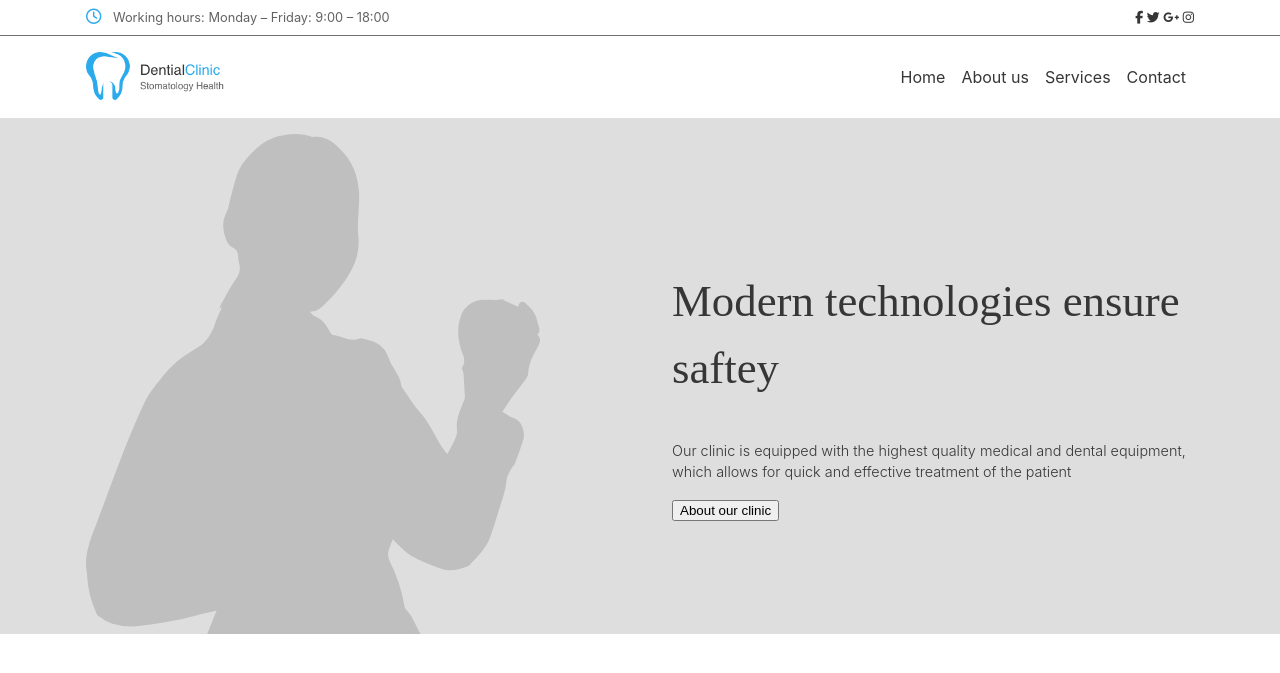
Repository: skepp4rn/uppgift1
Page: index.html
An editor plug-in stored every save of this project. The page is shown before and after the next save, followed by the edit.
The browser window is 1280 px wide. The pictures show the whole page.
Some web libraries are served in a nearby version.

Above is the page before, as saved 2020-11-18 21:00:37.

### index.html
<!DOCTYPE html>
<html lang="en">
<head>
    <meta charset="UTF-8">
    <meta name="viewport" content="width=device-width, initial-scale=1.0">
    <title>Document</title>

    <script src="https://kit.fontawesome.com/0abbda2fd3.js" crossorigin="anonymous"></script>
    <link rel="stylesheet" href="style.css">
</head>
<body>

    <nav class="navbar-top collapse">
        <div class="container">
            <div class="hours">
                <i class="far fa-clock"></i>
                Working hours: Monday – Friday: 9:00 – 18:00
            </div>
            <div class="#">
                <a href="#"><i class="fab fa-facebook-f"></i></a>
                <a href="#"><i class="fab fa-twitter"></i></a>
                <a href="#"><i class="fab fa-google-plus-g"></i></a>
                <a href="#"><i class="fab fa-instagram"></i></a>
            </div>
        </div>
    </nav>

    <nav class="navbar ">
        <div class="container">
            <a class="navbar-brand" href="#" >
                <img src="images/Logo.png" alt="">
            </a>
            <button class="navbar-toggler">
                <i class="fas fa-bars"></i>
            </button>
            <div class="collapse navbar-collapse">
                <div class="navbar-nav">
                    <a class="nav-link" href="#">Home</a>
                    <a class="nav-link" href="#">About us</a>
                    <a class="nav-link" href="#">Services</a>
                    <a class="nav-link" href="#">Contact</a>
                </div>
            </div>
        </div>
    </nav>

    <section id="showcase" class="bg-gray">
        <div class="container">
            <img src="images/placehold-girl.svg" alt="">
            <div class="content-box">
                <div class="content">
                    <h1>Modern technologies ensure saftey</h1>
                    <p>Our clinic is equipped with the highest quality medical and dental equipment, which allows for quick and effective treatment of the patient</p>
                    <button class="btn btn-green">About our clinic</button>
                </div>
            </div>
        </div>
    </section>

</body>
</html>

### style.css
* {
    box-sizing: border-box;
}

html, body {
    font-weight: 400;
    font-family: -apple-system, BlinkMacSystemFont, 'Segoe UI', Roboto, Oxygen, Ubuntu, Cantarell, 'Open Sans', 'Helvetica Neue', sans-serif;
    line-height: 1.5;
    font-size: 16px;
    margin: 0;
    padding: 0;
    color: #626262;
}

.border {
    border: 1px solid black;
}

a {
    color: #363636;
    text-decoration: none;
    background-color: transparent;
}

a:hover {
    color: #25E6C8;
}

.bg-dark {
   background: #333333;
   color: #ffffff;
}

.bg-light {
    background: #f7f7f7;
    color: #333333;
}

.bg-gray {
    background-color: #DEDEDE;

}



.btn {
    display: inline-block;
    font-weight: 400;
    text-align: center;
    vertical-align: middle;


}

.btn-green {

}



.collapse:not(.show) {
    display: none;
}

.container {
    width: 100%;
    padding: 0 1rem;
    margin: 0 auto;
}

.navbar-top {
    border-bottom: 1px solid #707070;
}

.navbar, .navbar-top {
    display: flex;
    justify-content: space-between;
    padding: 0.5rem 1rem;
}

.navbar .container, .navbar-top .container {
    display: flex;
    justify-content: space-between;
    align-items: center;
}

.navbar-top .container {
    font-size: 0.8rem;
}

.navbar-top .container .hours {
    color:#626262;
}

.navbar-top .container .hours i {
    color: #2BAAEC;
    margin-right: 0.5rem;
    font-size: 1.2em;
}

.navbar-top .container .socialmedia a {
    margin: 0 0.5rem;
}

.navbar-brand {
    display: inline-block;
    font-size: 1.5rem;
    color: black;
    margin-right: 1rem;
}

.navbar-brand img {
    height: 3rem;
    margin-top: 0.5rem;
}

.navbar-toggler {
    font-size: 2.5rem;
    color:#2BAAEC;
    background-color: transparent;
    border: 1px solid transparent;
}

.navbar-collapse {
    align-items: center;
}

.navbar-nav {
    display: flex;
    flex-direction: column;
}

.nav-link {
    padding: 0;
    text-decoration: none;
}



#showcase .container {
    display: grid;
    grid-template-columns: 1fr 1fr;
    column-gap: 4rem;

    align-items: center;
}

#showcase .container img {
    height: 500px;
    margin-top: 1rem;
}

#showcase .container .content-box {
    align-self: center;
    color: #363636;
    font-weight: 300;
}

.content-box .content h1 {
    font-size: 2.8rem;
    font-family: 'Roboto Slab', serif;
    font-weight: 300;

}

.content-box .content p {
    font-size: 0.9rem;
}


























@media (min-width: 768px) {
    .nav-link {
        padding-right: 0.5rem;
        padding-left: 0.5rem;
    }

    .navbar-nav {
        flex-direction: row;
    }

    .navbar-toggler {
        display: none;
    }

    .collapse:not(.show) {
        display: flex;
    }

    .container {
        max-width: 720px;
    }

}

@media (min-width: 992px) {
    .container {
        max-width: 960px;
    }
}

@media (min-width: 1200px) {
    .container {
        max-width: 1140px;
    }
}

After the next save:
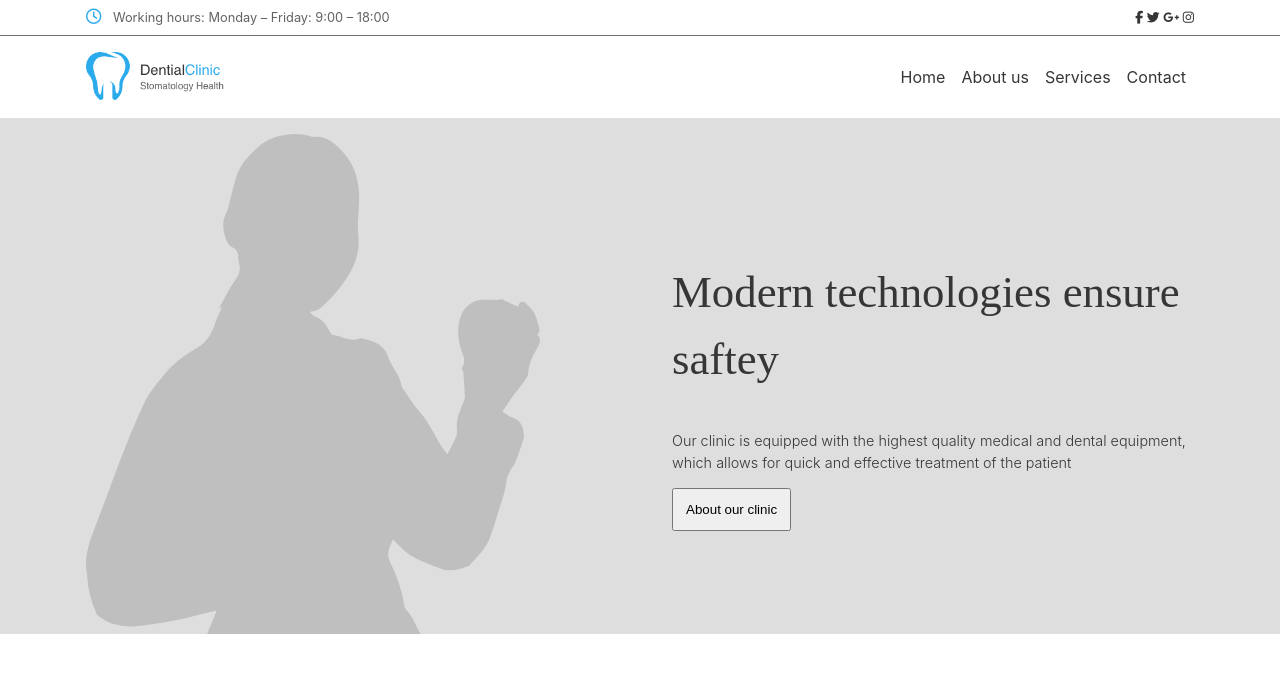
Saved 9 s later.
--- a/style.css
+++ b/style.css
@@ -48,7 +48,7 @@ a:hover {
     font-weight: 400;
     text-align: center;
     vertical-align: middle;
-
+    padding: 0.75rem;
 
 }
 
